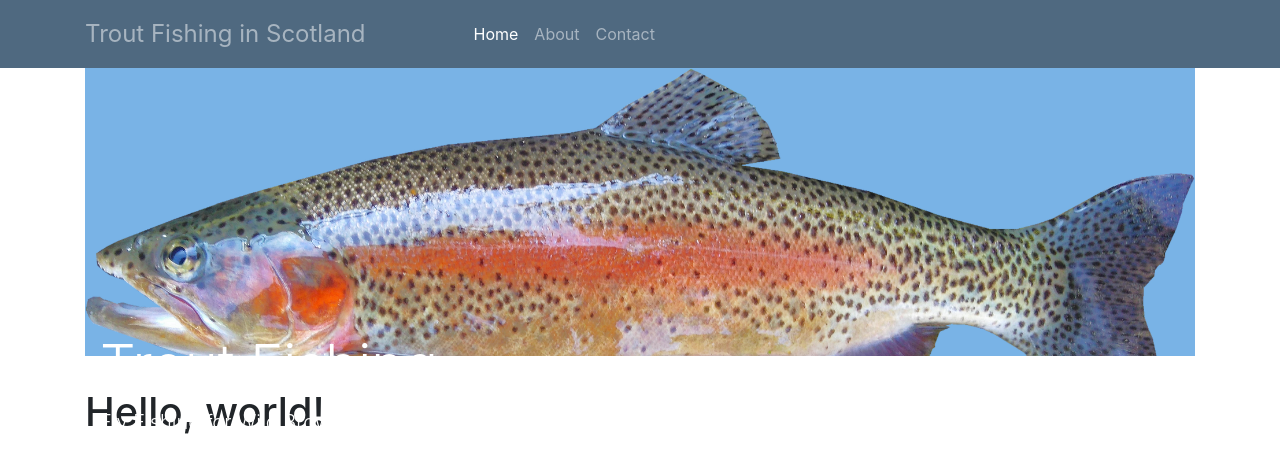
Repository: adrian9211/College_project
Page: index.html
The author's editor kept a copy of each file at every save. The page is drawn from the files as they stood at one save, then again after a run of saves.
The browser window is 1280 px wide. The pictures show the whole page.

Above is the page before, as saved 2020-10-28 14:18:16.

After the next 3 saves:
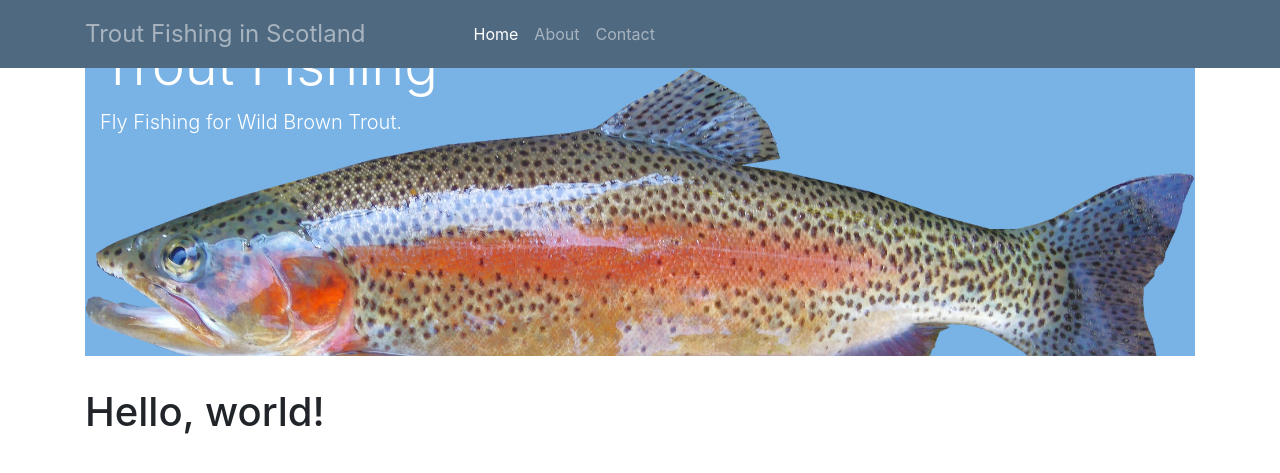
The 3 saves are shown as one change because they came seconds apart.
The last was saved 15 s later.
--- a/css/style.css
+++ b/css/style.css
@@ -7,7 +7,7 @@
 
 .alt h1, p {
     position: relative;
-    top: 200px;
+    top: -100px;
     color: #fff;
 }
 
